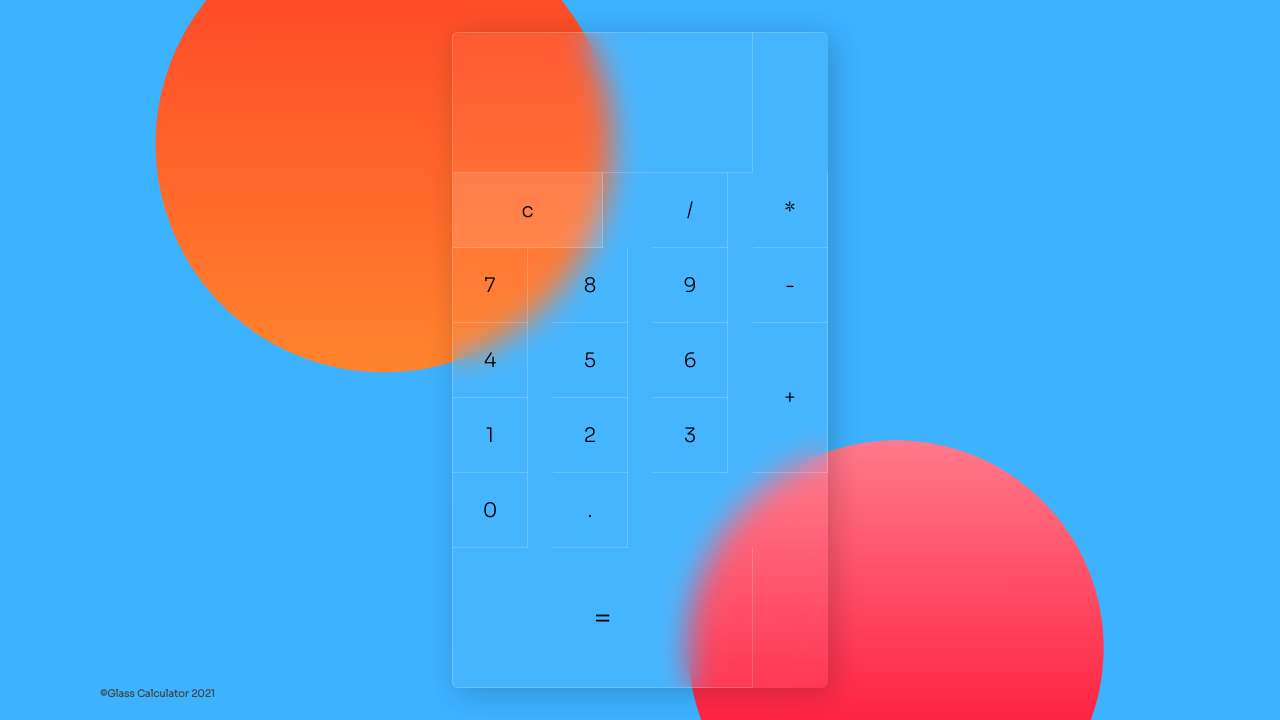
Repository: tharunkumaar404/Glass-Calci
Page: index.html
An editor plug-in stored every save of this project. The page is shown before and after a run of saves, followed by the edit.
The browser window is 1280 px wide. The pictures show the whole page.

Above is the page before, as saved 2021-08-26 15:32:43.

After the next 2 saves:
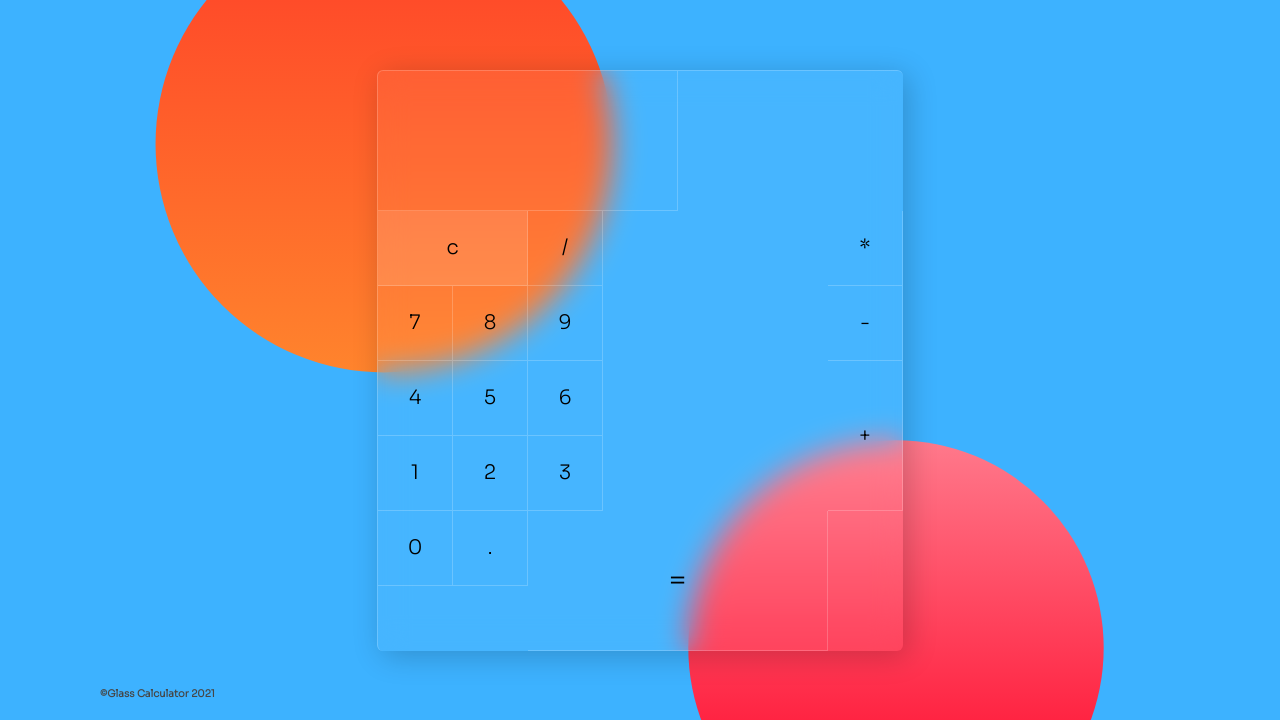
The 2 saves are shown as one change because they came seconds apart.
The last was saved 7 s later.
--- a/styles.css
+++ b/styles.css
@@ -73,7 +73,7 @@ body::after{
 
 }
 .container .calculator .equal{
-    grid-column: span 3;
+    grid-column: span 1;
     height: 140px;
     width:300px;
     text-align:right;
